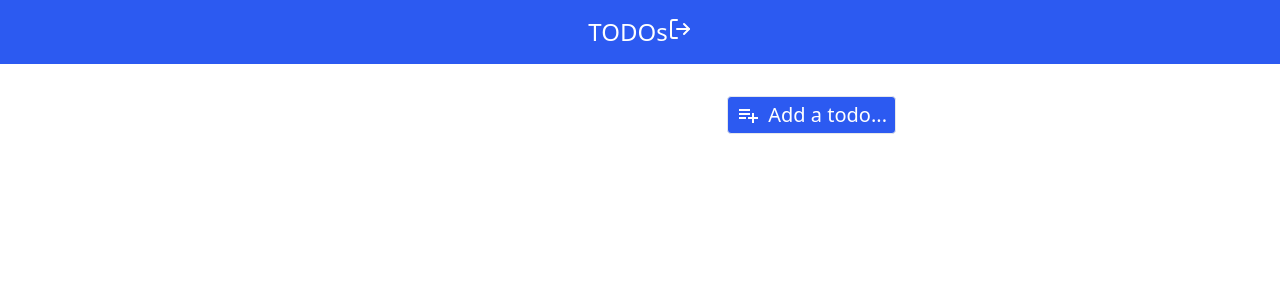
Repository: Jay-JYKim91/wanted-pre-onboarding-challenge-fe-1
Page: /
These files come from the project's save history. The page is drawn as it stood at one moment and after the next save; the edit follows.
The browser window is 1280 px wide. The pictures show the whole page.
The page's requests for data from a server got no answer. The project was rebuilt for these pictures with package versions that can differ from the ones it lists, and the page was loaded fresh each time. No one was signed in, and anything a server would have sent is missing. Also part of the build but not shown: src/services/authAPI.ts, src/page/Auth.tsx.

Above is the page before, as saved 2022-08-02 21:50:58.

After the next save:
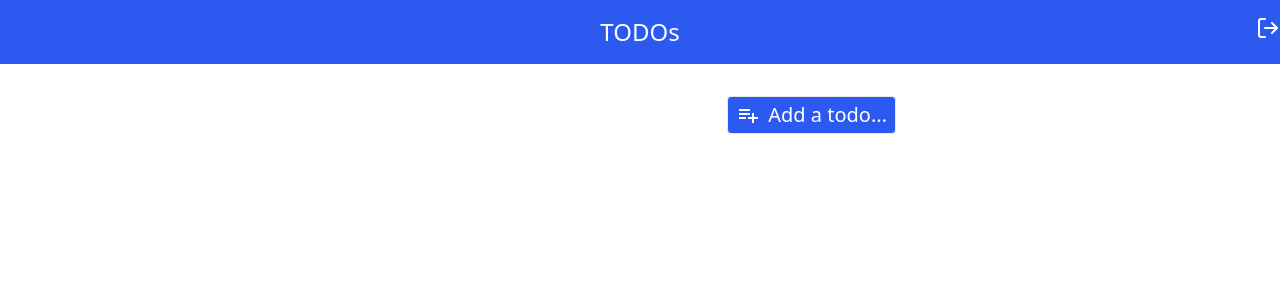
Saved 47 s later.
--- a/src/App.tsx
+++ b/src/App.tsx
@@ -23,9 +23,9 @@ function App() {
 
   return (
     <div className="App">
-      <header className="bg-primary-900 text-white text-center py-4 text-2xl">
+      <header className="bg-primary-900 text-white text-center py-4 text-2xl relative">
         <span>TODOs</span>
-        <button>
+        <button className="absolute right-0">
           <FiLogOut />
         </button>
       </header>
